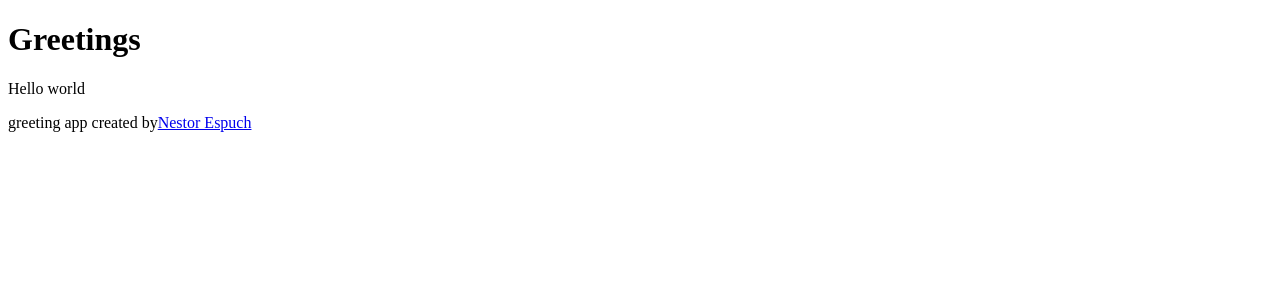
Repository: NestorEspuch/portfolio
Page: / (app in part1/)
The author's editor kept a copy of each file at every save. The page is drawn from the files as they stood at one save, then again after the next save.
The browser window is 1280 px wide. The pictures show the whole page.
The project was rebuilt for these pictures with package versions that can differ from the ones it lists, and the page was loaded fresh each time.

Above is the page before, as saved 2023-04-29 19:19:26.

After the next save:
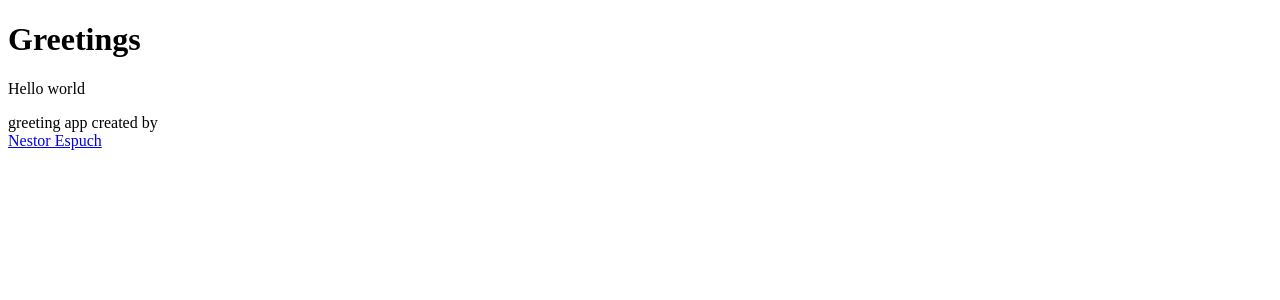
Saved 17 s later.
--- a/part1/src/index.js
+++ b/part1/src/index.js
@@ -23,7 +23,9 @@
   return (
     <div>
       greeting app created by
-       <a href="nestorespuch.es">Nestor Espuch</a>
+     <br>
+     </br>
+      <a href="nestorespuch.es">Nestor Espuch</a>
     </div>
   )
 }

After the 2 saves that followed:
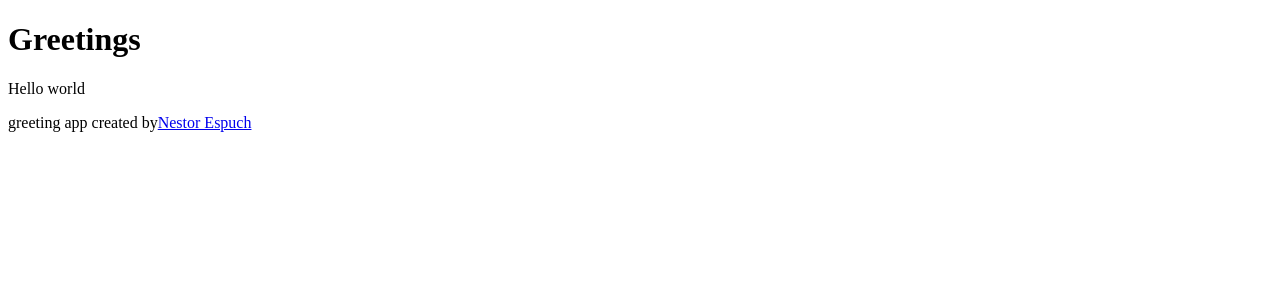
The 2 saves are shown as one change because 1 did not build or start.
The last was saved 13 s later.
--- a/part1/src/index.js
+++ b/part1/src/index.js
@@ -23,8 +23,6 @@
   return (
     <div>
       greeting app created by
-     <br>
-     </br>
       <a href="nestorespuch.es">Nestor Espuch</a>
     </div>
   )
